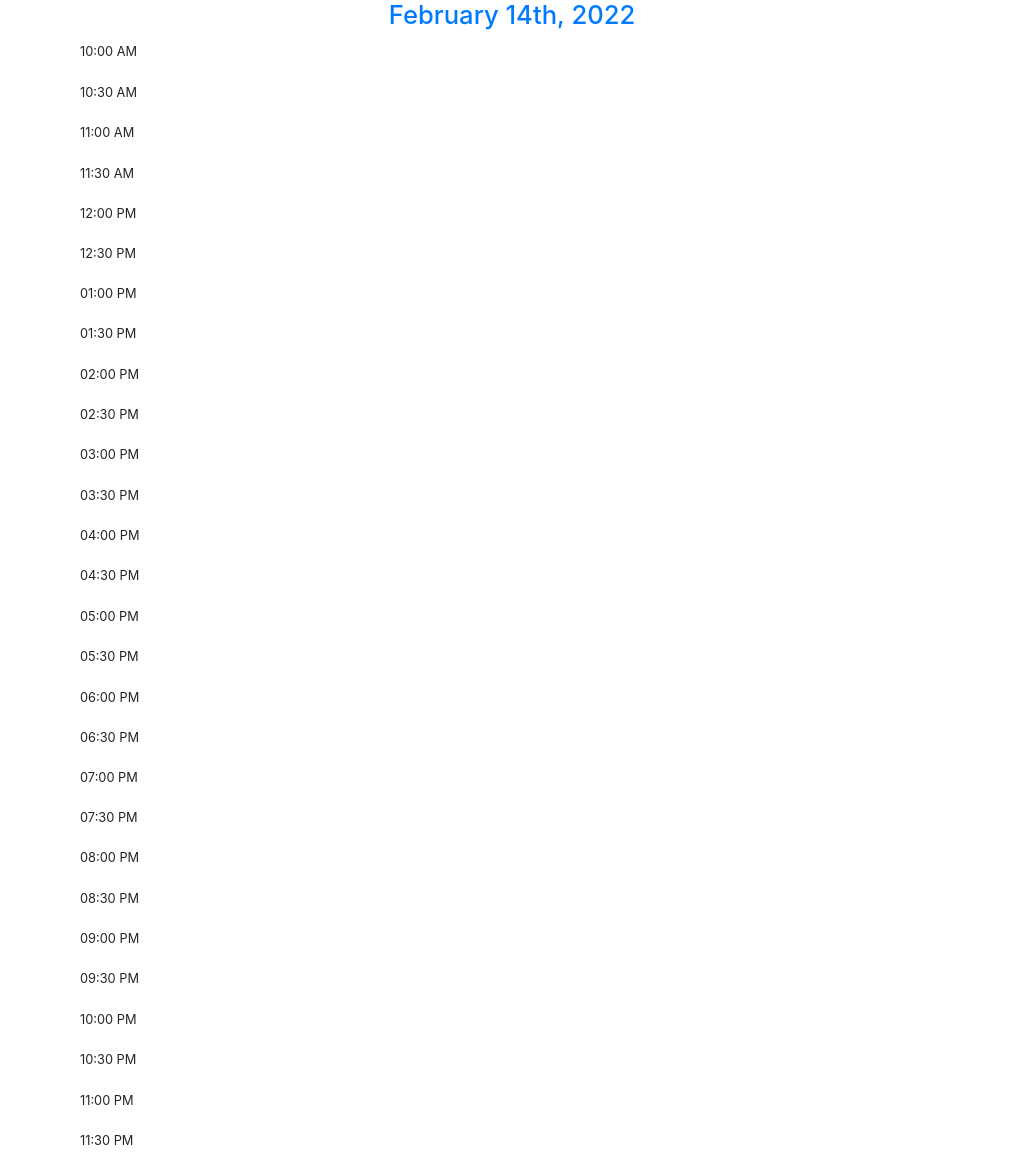
Repository: BaileyLuu/yuHacks2022
Page: public/schedule.html
These files come from the project's save history. The page is drawn as it stood at one moment and after the next save; the edit follows.
The browser window is 1280 px wide. The pictures show the whole page, at 80% of full size.
Some web libraries are served in a nearby version.

Above is the page before, as saved 2021-11-20 12:34:13.

After the next save:
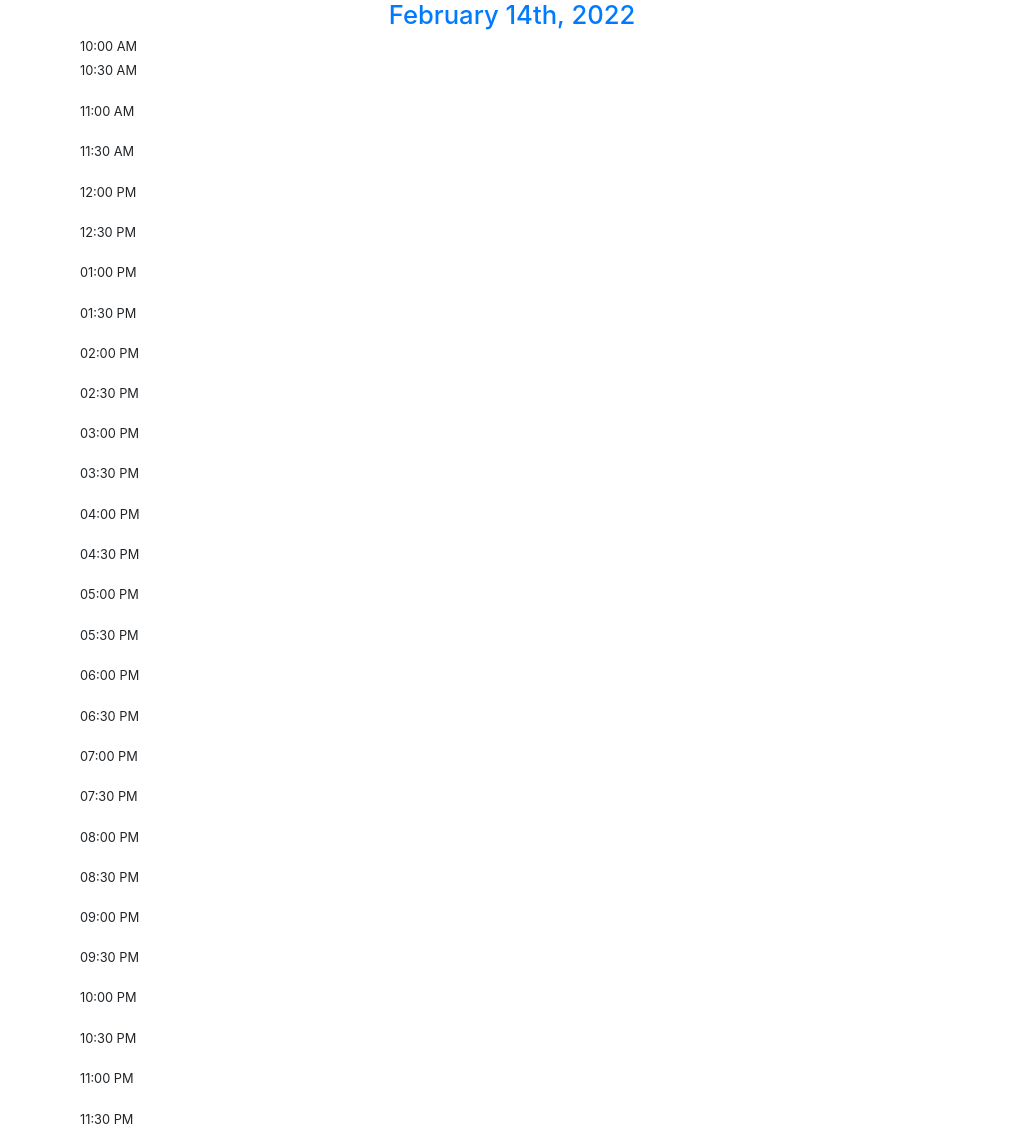
Saved 19 s later.
--- a/public/schedule.html
+++ b/public/schedule.html
@@ -66,7 +66,7 @@
 
 
                     <div class="col-md-8" style="flex-wrap: wrap;">
-                        <div class="schedule-time">10:00 AM</div>
+                        <div >10:00 AM</div>
                         <div class="schedule-time">10:30 AM</div>
                         <div class="schedule-time">11:00 AM</div>
                         <div class="schedule-time">11:30 AM</div>

After the save that followed:
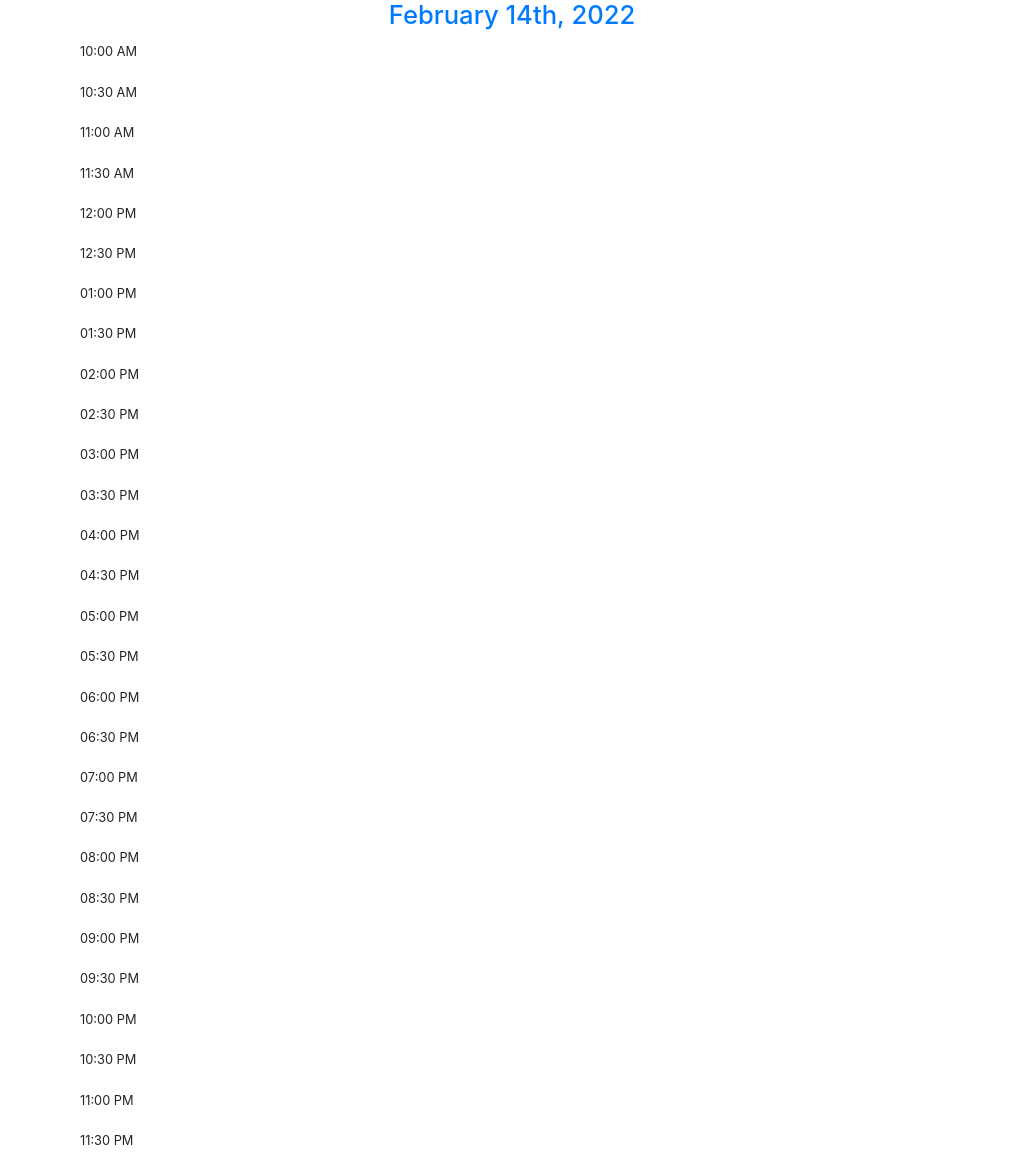
Saved 8 s later.
--- a/public/schedule.html
+++ b/public/schedule.html
@@ -66,7 +66,7 @@
 
 
                     <div class="col-md-8" style="flex-wrap: wrap;">
-                        <div >10:00 AM</div>
+                        <div class="schedule-time">10:00 AM</div>
                         <div class="schedule-time">10:30 AM</div>
                         <div class="schedule-time">11:00 AM</div>
                         <div class="schedule-time">11:30 AM</div>
